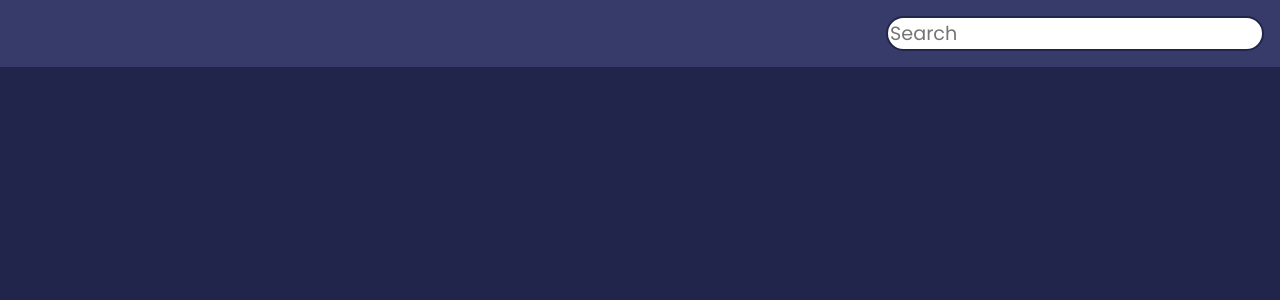
Repository: Joaquim707/React
Page: /
An editor plug-in stored every save of this project. The page is shown before and after the next save, followed by the edit.
The browser window is 1280 px wide. The pictures show the whole page.
The page's requests for data from a server got no answer. The project was rebuilt for these pictures with package versions that can differ from the ones it lists, and the page was loaded fresh each time. No one was signed in, and anything a server would have sent is missing. Also part of the build but not shown: vite.config.js, src/App.css, src/components/Movie.jsx.

Above is the page before, as saved 2025-02-18 23:24:27.

### index.html
<!doctype html>
<html lang="en">
  <head>
    <meta charset="UTF-8" />
    <link rel="icon" type="image/svg+xml" href="/vite.svg" />
    <meta name="viewport" content="width=device-width, initial-scale=1.0" />
    <title>Vite + React</title>
  </head>
  <body>
    <div class="root" id="root"></div>
    <script type="module" src="/src/main.jsx"></script>
  </body>
</html>

### src/index.css
@import url('https://fonts.googleapis.com/css2?family=Poppins:ital,wght@0,100;0,200;0,300;0,400;0,500;0,600;0,700;0,800;0,900;1,100;1,200;1,300;1,400;1,500;1,600;1,700;1,800;1,900&display=swap');

*{
  box-sizing: border-box;
}

body{
  background-color: #22254b;
  color: white;
  font-family: "Poppins", sans-serif;
  margin: 0;
}

.root{
  display: flex;
  flex-direction: column;
}

header{
  background-color: #373b69;
  padding: 1rem;
  display: flex;
  justify-content: flex-end;
}

.search{
  font-family: inherit;
  font-size: 1.2rem;
  border: 2px solid #22254b;
  border-radius: 50px;
  color: #22254b;
  padding: 0.5rem 1.5 rem;
}

.movie-container{
  display: flex;
  flex-wrap: wrap;
}

.movie{
  background-color: #373b69;
  position: relative;
  margin: 1rem;
  width: 300px;
  border-radius: 3px;
  box-shadow: 3px 3px 5px rgba(0,0,0,0.1);
  overflow: hidden;
}

.movie img{
  max-width: 100%;
}

.movie-info{
  display: flex;
  align-items: center;
  justify-content: space-between;
  padding: 1rem;
}

.movie-info h3{
  margin: 0;
}

.movie-over{
  background-color: #373b69;
  border-top-left-radius: 3px;
  border-top-right-radius: 3px;
  box-shadow: 0 -3px 5px rgba(0,0,0,0.1);
  color: white;
  position: absolute;
  padding: 1rem;
  right: 0;
  left: 0;
  bottom: 0;
  overflow: auto;
  max-height: 100%;
  transform: translateY(102%);
  transition: transform 0.3s ease-in-out;
}

.movie:hover .movie-over{
  transform: translateY(0%);
}

### src/App.jsx
import { useState, useEffect } from "react";
import "./App.css";

import Movie from "./components/Movie";

const FEATURED_API =
  "https://api.themoviedb.org/3/discover/movie?sort_by=popularity.desc&api_key=e18f09df8fb4b137c0094d91ccd95a8c&page=1";

const IMG_API =
  "https://image.tmdb.org/t/p/w500/1E5baAaEse26fej7uHcjOgEE2t2.jpg";

const SEARCH_API =
  "https://api.themoviedb.org/3/search/movie?&api_key=e18f09df8fb4b137c0094d91ccd95a8c&query=";

function App() {
  const [movies, setMovies] = useState([]);

  useEffect(() => {
    const getMovies = async () => {
      const moviesResp = await fetch(FEATURED_API);
      const data = await moviesResp.json();
      setMovies(data.results); // Extract the results array
      console.log(data);
    };

    getMovies();
  }, []);

  return (
    <>
      <header>
        <input className="search" type="search" placeholder="Search" />
      </header>
      <div className="movie-container">
        {movies.length > 0 &&
          movies.map((movie) => <Movie key={movie.id} {...movie} />)}
      </div>
    </>
  );
}

export default App;

Loaded but not shown: src/main.jsx (common file)

After the next save:
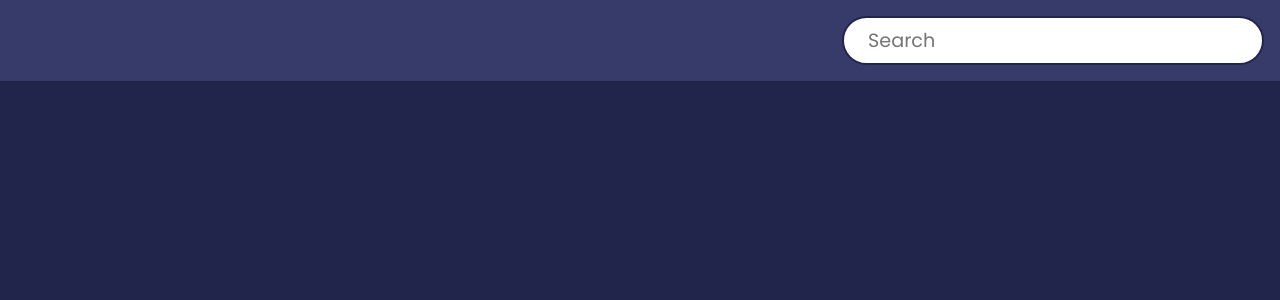
Saved 6 s later.
--- a/src/index.css
+++ b/src/index.css
@@ -29,7 +29,7 @@ header{
   border: 2px solid #22254b;
   border-radius: 50px;
   color: #22254b;
-  padding: 0.5rem 1.5 rem;
+  padding: 0.5rem 1.5rem;
 }
 
 .movie-container{
